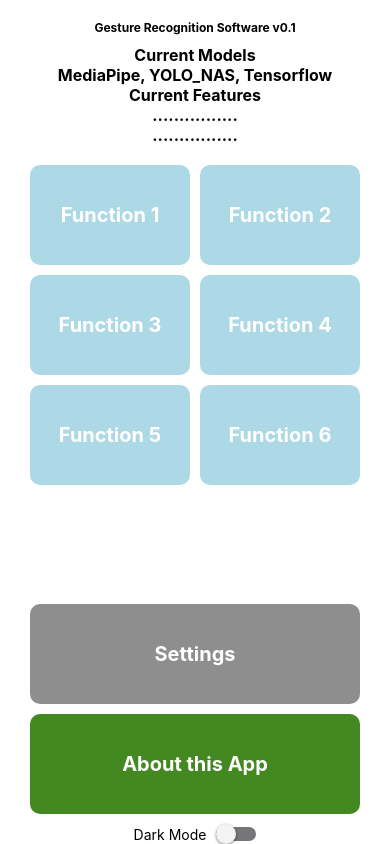
Repository: hajin-park/V-QUIP
Page: / (app in frontend/react-native-app/)
The author's editor kept a copy of each file at every save. The page is drawn from the files as they stood at one save, then again after the next save.
The browser window is 390 px wide. The pictures show the whole page.
The app was drawn by React Native's web renderer in a window 390 px wide. The project was rebuilt for these pictures with package versions that can differ from the ones it lists, and the page was loaded fresh each time.

Above is the page before, as saved 2024-04-08 00:11:58.

After the next save:
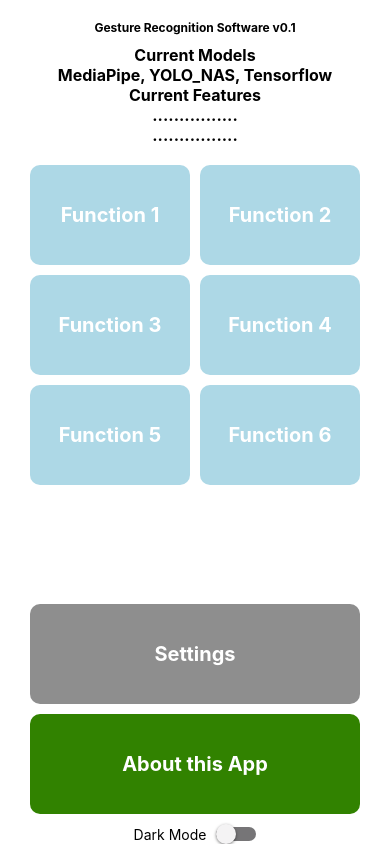
Saved 20 s later.
--- a/frontend/react-native-app/App.js
+++ b/frontend/react-native-app/App.js
@@ -130,7 +130,7 @@ const styles = StyleSheet.create({
   box3: {
     width: 330,
     height: 100,
-    backgroundColor: '#448822', // Light blue color
+    backgroundColor: '#318200', // Light blue color
     borderRadius: 10, // Rounded edges
     alignItems: 'center',
     justifyContent: 'center',
